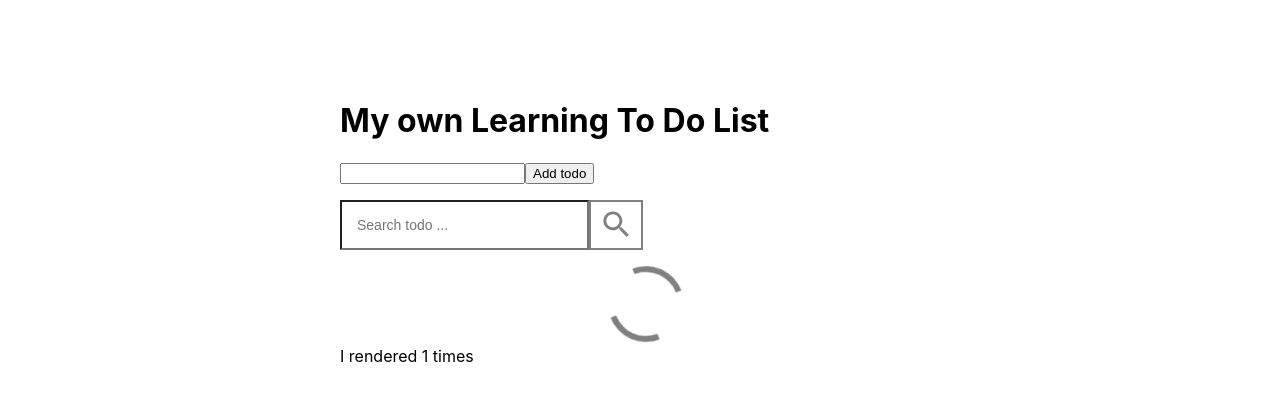
Repository: ArusyakAghajanyan/To-Do
Page: /
These files come from the project's save history. The page is drawn as it stood at one moment and after a run of saves; the edit follows.
The browser window is 1280 px wide. The pictures show the whole page.
The page's requests for data from a server got no answer. The project was rebuilt for these pictures with package versions that can differ from the ones it lists, and the page was loaded fresh each time. No one was signed in, and anything a server would have sent is missing. Also part of the build but not shown: src/Todo/TodoItem.js, src/Todo/TodoList.js.

Above is the page before, as saved 2022-03-16 16:26:26.

After the next 2 saves:
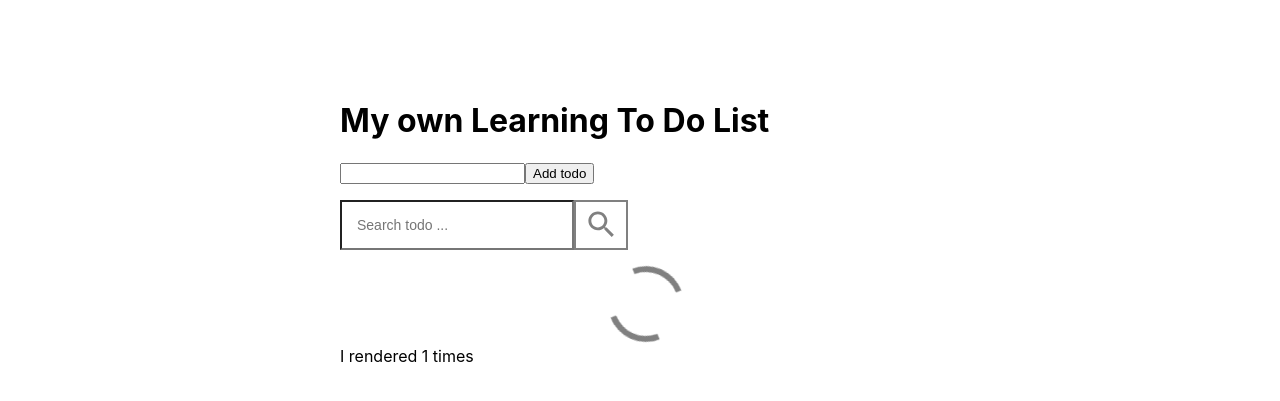
The 2 saves are shown as one change because they came seconds apart.
The last was saved 13 s later.
--- a/src/Search/SearchBar.css
+++ b/src/Search/SearchBar.css
@@ -9,7 +9,7 @@
     border-bottom-right-radius: 0px;
     font-size: 14px;
     padding: 15px;
-    width: 215px;
+    width: 200px;
     color: black;
   }
 
